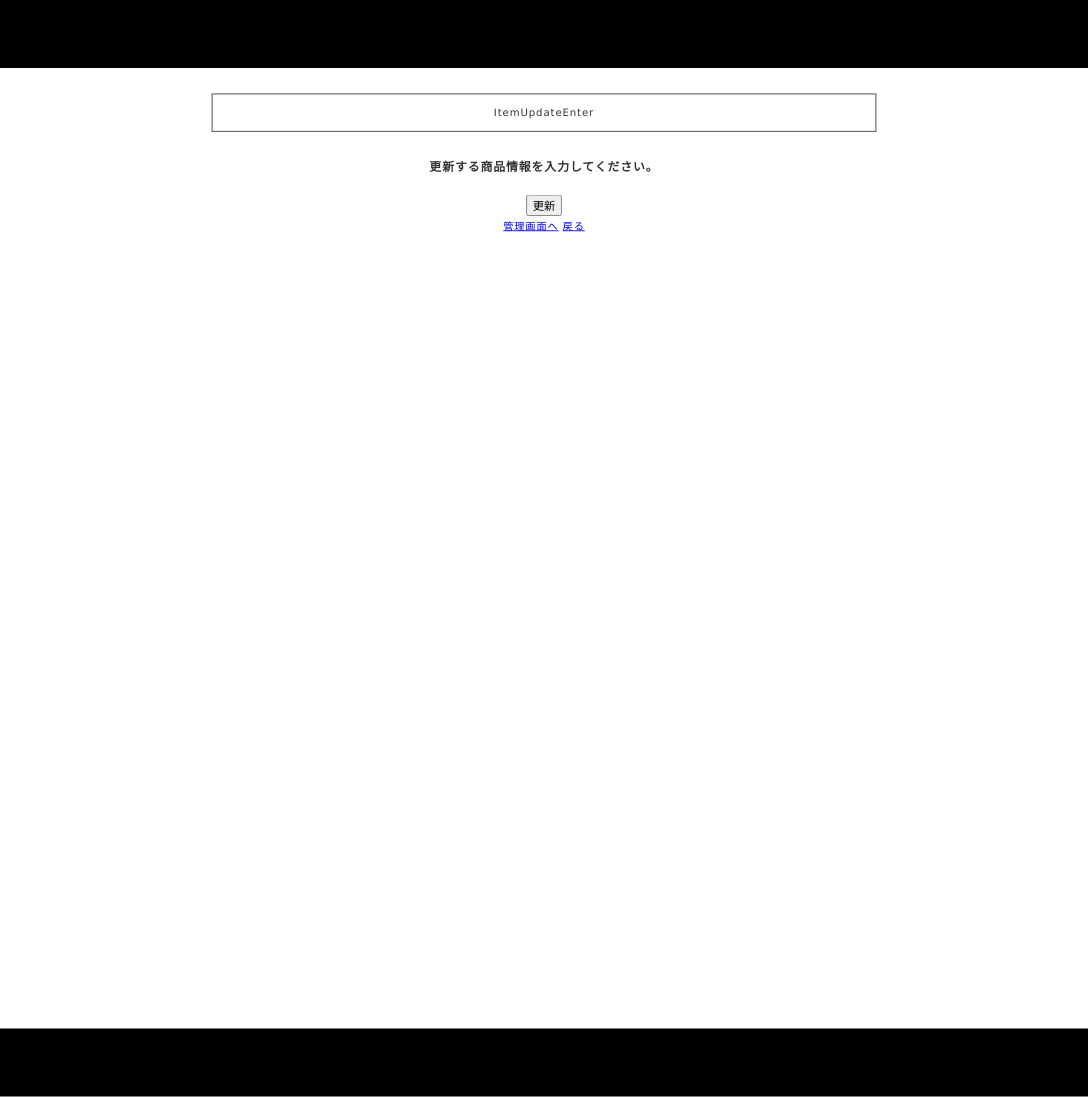
Repository: y321sudo/test2
Page: http://localhost/Yukazon/itemUpdateEnter.jsp
An editor plug-in stored every save of this project. The page is shown before and after the next save, followed by the edit.
The browser window is 1280 px wide. The pictures show the whole page, at 85% of full size.
The page is served by Tomcat 9. Other server files are loaded and not shown.

Above is the page before, as saved 2018-02-28 05:35:23.

### Yukazon/WebContent/itemUpdateEnter.jsp
<%@ page language="java" contentType="text/html; charset=UTF-8" pageEncoding="UTF-8"%>
<%@ taglib prefix="s" uri="/struts-tags" %>
<!DOCTYPE html>
<html>
<head>
<meta charset="utf-8">
<meta http-equiv="Content-Type" content="text/html; charset=UTF-8">
<meta http-equiv="Content-Style-Type" content="text/css" />
<meta http-equiv="Content-Script-Type" content="text/javascript" />
<meta http-equiv="imagetoolbar" content="no" />
<meta name="description" content="" />
<meta name="keywords" content="" />
<meta charset="utf-8">
<title>更新情報入力画面</title>
<style type="text/css">
	/* ========TAG LAYOUT======== */
		body {
		   margin:0;
		   padding:0;
		   line-height:1.6;
		   letter-spacing:1px;
		   font-family:Verdana, Helvetica, sans-serif;
		   font-size:12px;
		   color:#333;
		   background:#fff;
		}

		table {
			text-align:center;
			margin:0 auto;
		}

	/* ========ID LAYOUT======== */
		#top {
		   width:780px;
		   margin:30px auto;
		   border:1px solid #333;
		}

		#header {
		   width: 100%;
		   height: 80px;
		   background-color: black;
		}

		#main {
		   width: 100%;
		   height: 1100px;
		   text-align: center;
		}

		#footer {
			width: 100%;
			height: 80px;
			background-color: black;
			clear:both;
		}
	</style>
</head>
<body>
	<div id="header">
	</div>

	<div id="main">
		<div id="top">
			<p>ItemUpdateEnter</p>
		</div>
		<div>
			<h3>更新する商品情報を入力してください。</h3>
			<s:form action="ItemUpdateEnterAction">
			<s:iterator value="list">
				<tr>
					<td>商品名：</td>
					<td><input type="text" name="item_name" value="<s:property value='itemName'/>"></td>
				</tr>
				<tr>
					<td>値段：</td>
					<td><input type="text" name="item_price" value="<s:property value='itemPrice'/>"></td>
				</tr>
				<tr>
					<td>在庫：</td>
					<td><input type="text" name="item_stock" value="<s:property value='item_stock'/>"></td>
				</tr>
			</s:iterator>
				<tr>
					<td><s:submit value="更新"/></td>
				</tr>

			</s:form>
			<div>
				<a href='<s:url action="HomeAction"/>'>管理画面へ</a>
				<a href='<s:url action="GoItemUpdateAction"/>'>戻る</a>
			</div>
		</div>
	</div>


		<div id="footer">
		</div>

</body>
</html>

After the next save:
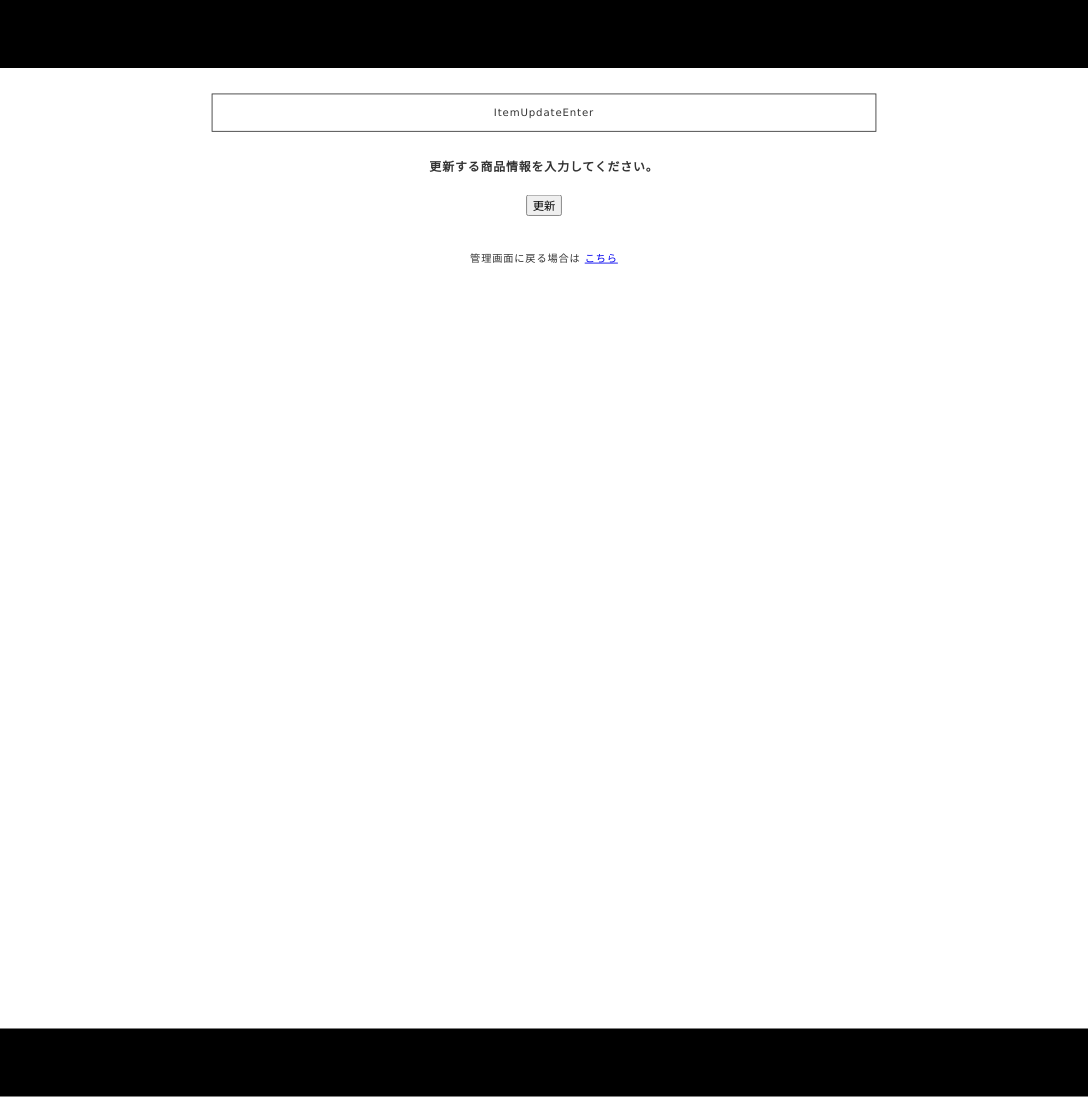
Saved 31 s later.
--- a/Yukazon/WebContent/itemUpdateEnter.jsp
+++ b/Yukazon/WebContent/itemUpdateEnter.jsp
@@ -11,7 +11,7 @@
 <meta name="description" content="" />
 <meta name="keywords" content="" />
 <meta charset="utf-8">
-<title>更新情報入力画面</title>
+<title>商品更新情報入力画面</title>
 <style type="text/css">
 	/* ========TAG LAYOUT======== */
 		body {
@@ -87,9 +87,10 @@
 				</tr>
 
 			</s:form>
+			<br><br>
 			<div>
-				<a href='<s:url action="HomeAction"/>'>管理画面へ</a>
-				<a href='<s:url action="GoItemUpdateAction"/>'>戻る</a>
+				<span>管理画面に戻る場合は</span>
+				<a href="http://localhost:8080/Yukazon/master.jsp">こちら</a>
 			</div>
 		</div>
 	</div>
